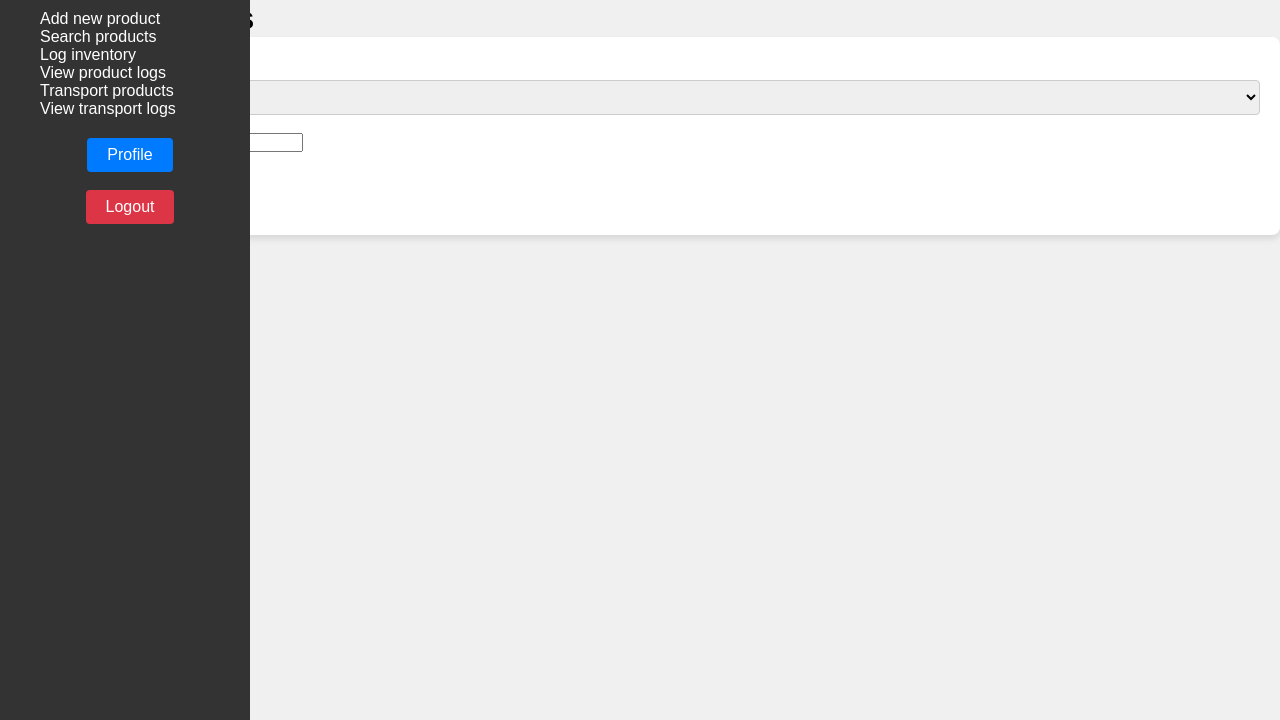
Repository: Warspinix/Flask-Web-Applications
Page: http://localhost/search_products
These files come from the project's save history. The page is drawn as it stood at one moment and after a run of saves; the edit follows.
The browser window is 1280 px wide. The pictures show the whole page.
The page is served by the project's application, run on Flask 3 (app.py). The session is filled in as if someone had signed in: {"user_id": 1, "first_name": "John"}.

Above is the page before, as saved 2024-06-13 21:00:22.

### templates/search_products.html
<!DOCTYPE html>
<html>
<head>
    <title>Search Products</title>
    <link rel="stylesheet" type="text/css" href="{{ url_for('static', filename='style.css') }}">
</head>
<body>

    <!-- Navigation Bar -->
    <nav class="navbar" id="navbar">
        <div class="navbar-container">
            <!-- Functionality list -->
            <ul class="navbar-menu" id="menu">
                <li><a href="{{ url_for('add_product') }}">Add new product</a></li>
                <li><a href="{{ url_for('search_products') }}">Search products</a></li>
                <li><a href="{{ url_for('log_inventory') }}">Log inventory</a></li>
                <li><a href="{{ url_for('view_product_logs') }}">View product logs</a></li>
                <li><a href="{{ url_for('transport_products') }}">Transport products</a></li>
                <li><a href="{{ url_for('view_transport_logs') }}">View transport logs</a></li>
            </ul>

            <div class="profile-logout">
                <a href="{{ url_for('profile') }}" class="btn btn-primary">Profile</a><br>
                <a href="{{ url_for('logout') }}" class="btn btn-danger">Logout</a>
            </div>
        </div>
    </nav>

    <h1>Search Products</h1>
    <form action="" method="post">
        {{ form.hidden_tag() }}
        <label for="search_by">Search by:</label>
        <select id="search_by" name="search_by">
            <option value="id">Product ID</option>
            <option value="name">Product Name</option>
        </select>
        <br><br>
        <label for="search_term">Search term:</label>
        <input type="text" id="search_term" name="search_term" required>
        <br><br>
        <input type="submit" value="Search">
    </form>

    {% if products %}
        <h2>Search Results:</h2>
        <table>
            <tr>
                <th>Product ID</th>
                <th>Product Name</th>
                <th>Quantity</th>
            </tr>
            {% for product in products %}
            <tr>
                <td>{{ product[0] }}</td>
                <td>{{ product[1] }}</td>
                <td>{{ product[2] }}</td>
            </tr>
            {% endfor %}
        </table>
    {% endif %}

</body>
</html>

### static/style.css
/* Reset default styles */
* {
    margin: 0;
    padding: 0;
    box-sizing: border-box;
}

body {
    font-family: Arial, sans-serif;
    background-color: #f0f0f0;
    display: flex;
    flex-direction: column;
    min-height: 100vh;
}

/* Navigation Bar styles */
.navbar {
    background-color: #333;
    color: #fff;
    padding: 10px 20px;
    position: fixed;
    width: 250px; /* Set the width */
    height: 100%;
    top: 0;
    left: 0;
    z-index: 1000;
    transition: all 0.3s ease;
}

.navbar-container {
    display: flex;
    flex-direction: column;
    height: 100%;
}

.navbar-header {
    display: flex;
    align-items: center;
    justify-content: space-between; /* Adjust spacing */
    margin-bottom: 20px; /* Adjust spacing */
}

.navbar-brand {
    color: #fff;
    text-decoration: none;
    font-size: 1.5rem;
    margin-left: 10px;
}

.navbar-menu {
    list-style-type: none;
    display: flex;
    flex-direction: column;
    margin-top: 0; /* Push menu items to the bottom */
}

.navbar-menu li {
    margin-right: 0; /* Remove margin */
}

.navbar-menu li a {
    color: #fff;
    text-decoration: none;
    padding: 10px 20px;
    transition: color 0.3s ease;
}

.navbar-menu li a:hover {
    background-color: #007bff;
}

/* Profile and logout buttons */
.profile-logout {
    display: flex;
    flex-direction: column;
    align-items: center;
    margin-top: auto; /* Push to the bottom */
    margin-bottom: 20px; /* Adjust spacing */
}

.profile-logout a {
    color: #fff;
    text-decoration: none;
    padding: 8px 20px;
    border-radius: 4px;
    transition: background-color 0.3s ease;
}

.profile-logout a.btn-primary {
    background-color: #007bff;
}

.profile-logout a.btn-danger {
    background-color: #dc3545;
}

.profile-logout a.btn:hover {
    background-color: #0056b3;
}

/* Menu toggle button */
.menu-toggle {
    background: none;
    border: none;
    cursor: pointer;
    display: none;
    padding: 5px;
    position: absolute;
    top: 10px;
    right: 10px;
    z-index: 1500;
}

.menu-toggle span {
    background-color: #fff;
    display: block;
    height: 2px;
    margin-bottom: 4px;
    transition: transform 0.2s ease, background-color 0.2s ease;
    width: 20px;
}

.menu-toggle span:nth-child(1) {
    transform: translateY(6px) rotate(45deg);
}

.menu-toggle span:nth-child(2) {
    opacity: 0;
}

.menu-toggle span:nth-child(3) {
    transform: translateY(-6px) rotate(-45deg);
}

@media screen and (max-width: 768px) {
    .navbar {
        width: 250px;
        transform: translateX(-100%);
        transition: transform 0.3s ease;
    }

    .navbar.active {
        transform: translateX(0);
    }

    .navbar-container {
        flex-direction: row;
    }

    .navbar-header {
        margin-bottom: 20px; /* Adjust spacing */
        width: 100%;
        display: flex;
        justify-content: space-between;
    }

    .navbar-brand {
        margin-bottom: 0; /* Adjust spacing */
    }

    .navbar-menu {
        flex-direction: column;
        margin-top: 0;
        width: 100%;
    }

    .navbar-menu.active {
        flex-direction: column;
    }

    .menu-toggle {
        display: block;
    }

    .profile-logout {
        flex-direction: row;
        justify-content: space-between;
    }

    .profile-logout a {
        margin-left: 10px;
        margin-bottom: 0;
    }
}

/* Side Navigation for small screens */
.side-nav {
    position: fixed;
    top: 0;
    left: -250px;
    width: 250px;
    height: 100%;
    background-color: #333;
    transition: all 0.3s ease;
    z-index: 1200;
}

.side-nav.active {
    left: 0;
}

.side-nav ul {
    list-style-type: none;
    padding: 0;
    margin: 20px 0;
}

.side-nav ul li {
    padding: 10px;
    border-bottom: 1px solid #666;
}

.side-nav ul li a {
    color: #fff;
    text-decoration: none;
    display: block;
    transition: all 0.3s ease;
}

.side-nav ul li a:hover {
    background-color: #007bff;
}

/* Content area */
.content {
    margin-left: 250px; /* Width of the side nav */
    margin-top: 70px;
    padding: 20px;
    flex: 1;
}

/* Form styles */
form {
    background-color: #fff;
    padding: 20px;
    border-radius: 8px;
    box-shadow: 0 4px 6px rgba(0, 0, 0, 0.1);
}

form label {
    font-weight: bold;
}

form input[type="number"],
form select {
    padding: 8px;
    margin-top: 5px;
    width: 100%;
    border: 1px solid #ccc;
    border-radius: 4px;
}

form input[type="submit"] {
    background-color: #007bff;
    color: #fff;
    border: none;
    padding: 10px 20px;
    cursor: pointer;
    margin-top: 10px;
    border-radius: 4px;
    transition: background-color 0.3s ease;
}

form input[type="submit"]:hover {
    background-color: #0056b3;
}

/* Table styles */
table {
    width: 100%;
    margin-top: 20px;
    border-collapse: collapse;
    border-radius: 8px;
    overflow: hidden;
    box-shadow: 0 4px 6px rgba(0, 0, 0, 0.1);
}

table th, table td {
    padding: 12px 15px;
    text-align: left;
    border-bottom: 1px solid #ddd;
}

table th {
    background-color: #007bff;
    color: #fff;
}

/* Profile and logout buttons */
.profile-logout {
    text-align: right;
    margin-top: 20px;
}

.profile-logout a {
    margin-left: 10px;
}

.profile-logout a.btn {
    color: #fff;
    text-decoration: none;
    padding: 8px 20px;
    border-radius: 4px;
    transition: background-color 0.3s ease;
}

.profile-logout a.btn.btn-primary {
    background-color: #007bff;
}

.profile-logout a.btn.btn-danger {
    background-color: #dc3545;
}

.profile-logout a.btn:hover {
    background-color: #0056b3;
}

Loaded but not shown: app.py (305 lines, source omitted)

After the next 2 saves:
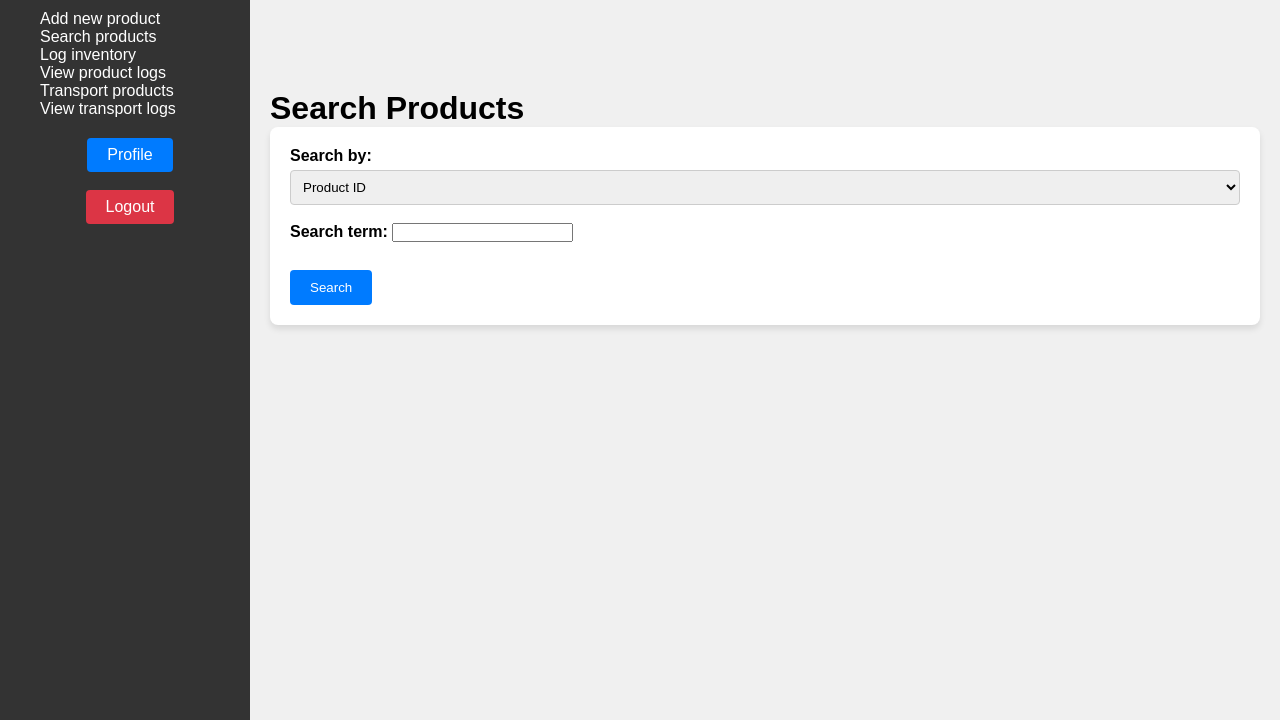
The 2 saves are shown as one change because they came seconds apart.
The last was saved 30 s later.
--- a/templates/search_products.html
+++ b/templates/search_products.html
@@ -1,63 +1,67 @@
 <!DOCTYPE html>
 <html>
+
 <head>
     <title>Search Products</title>
     <link rel="stylesheet" type="text/css" href="{{ url_for('static', filename='style.css') }}">
 </head>
+
 <body>
+    <div class="container">
+        <!-- Navigation Bar -->
+        <nav class="navbar" id="navbar">
+            <div class="navbar-container">
+                <!-- Functionality list -->
+                <ul class="navbar-menu" id="menu">
+                    <li><a href="{{ url_for('add_product') }}">Add new product</a></li>
+                    <li><a href="{{ url_for('search_products') }}">Search products</a></li>
+                    <li><a href="{{ url_for('log_inventory') }}">Log inventory</a></li>
+                    <li><a href="{{ url_for('view_product_logs') }}">View product logs</a></li>
+                    <li><a href="{{ url_for('transport_products') }}">Transport products</a></li>
+                    <li><a href="{{ url_for('view_transport_logs') }}">View transport logs</a></li>
+                </ul>
 
-    <!-- Navigation Bar -->
-    <nav class="navbar" id="navbar">
-        <div class="navbar-container">
-            <!-- Functionality list -->
-            <ul class="navbar-menu" id="menu">
-                <li><a href="{{ url_for('add_product') }}">Add new product</a></li>
-                <li><a href="{{ url_for('search_products') }}">Search products</a></li>
-                <li><a href="{{ url_for('log_inventory') }}">Log inventory</a></li>
-                <li><a href="{{ url_for('view_product_logs') }}">View product logs</a></li>
-                <li><a href="{{ url_for('transport_products') }}">Transport products</a></li>
-                <li><a href="{{ url_for('view_transport_logs') }}">View transport logs</a></li>
-            </ul>
+                <div class="profile-logout">
+                    <a href="{{ url_for('profile') }}" class="btn btn-primary">Profile</a><br>
+                    <a href="{{ url_for('logout') }}" class="btn btn-danger">Logout</a>
+                </div>
+            </div>
+        </nav>
+        <div class="content">
+            <h1>Search Products</h1>
+            <form action="" method="post">
+                {{ form.hidden_tag() }}
+                <label for="search_by">Search by:</label>
+                <select id="search_by" name="search_by">
+                    <option value="id">Product ID</option>
+                    <option value="name">Product Name</option>
+                </select>
+                <br><br>
+                <label for="search_term">Search term:</label>
+                <input type="text" id="search_term" name="search_term" required>
+                <br><br>
+                <input type="submit" value="Search">
+            </form>
 
-            <div class="profile-logout">
-                <a href="{{ url_for('profile') }}" class="btn btn-primary">Profile</a><br>
-                <a href="{{ url_for('logout') }}" class="btn btn-danger">Logout</a>
-            </div>
+            {% if products %}
+            <h2>Search Results:</h2>
+            <table>
+                <tr>
+                    <th>Product ID</th>
+                    <th>Product Name</th>
+                    <th>Quantity</th>
+                </tr>
+                {% for product in products %}
+                <tr>
+                    <td>{{ product[0] }}</td>
+                    <td>{{ product[1] }}</td>
+                    <td>{{ product[2] }}</td>
+                </tr>
+                {% endfor %}
+            </table>
+            {% endif %}
         </div>
-    </nav>
+    </div>
+</body>
 
-    <h1>Search Products</h1>
-    <form action="" method="post">
-        {{ form.hidden_tag() }}
-        <label for="search_by">Search by:</label>
-        <select id="search_by" name="search_by">
-            <option value="id">Product ID</option>
-            <option value="name">Product Name</option>
-        </select>
-        <br><br>
-        <label for="search_term">Search term:</label>
-        <input type="text" id="search_term" name="search_term" required>
-        <br><br>
-        <input type="submit" value="Search">
-    </form>
-
-    {% if products %}
-        <h2>Search Results:</h2>
-        <table>
-            <tr>
-                <th>Product ID</th>
-                <th>Product Name</th>
-                <th>Quantity</th>
-            </tr>
-            {% for product in products %}
-            <tr>
-                <td>{{ product[0] }}</td>
-                <td>{{ product[1] }}</td>
-                <td>{{ product[2] }}</td>
-            </tr>
-            {% endfor %}
-        </table>
-    {% endif %}
-
-</body>
 </html>
